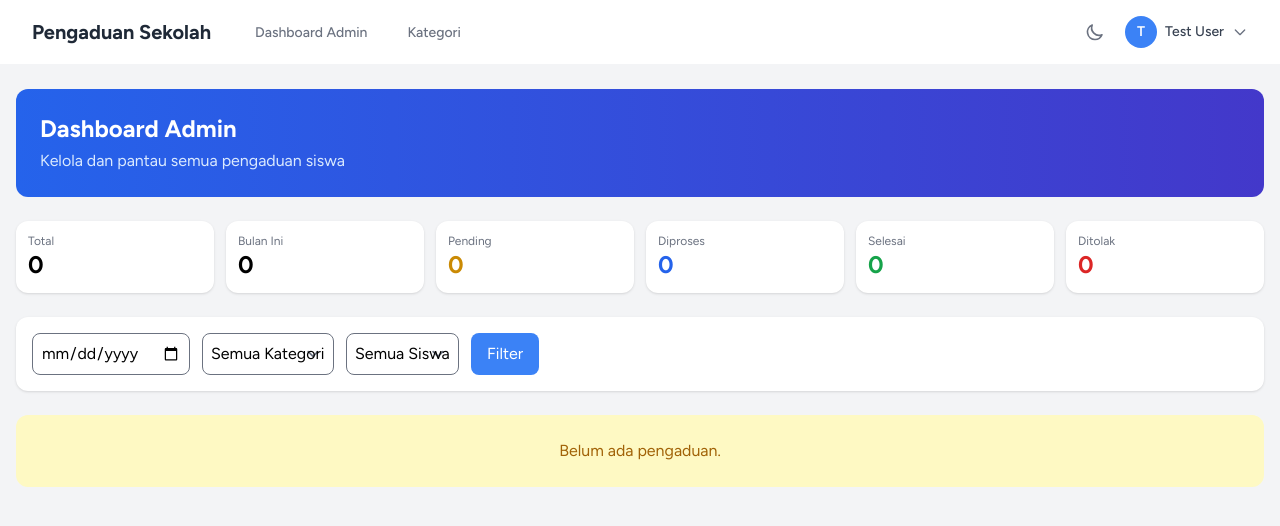
Repository: ikhwan1227/sistem-pengaduan-sekolah
Page: http://localhost/admin
An editor plug-in stored every save of this project. The page is shown before and after the next save, followed by the edit.
The browser window is 1280 px wide. The pictures show the whole page.
The page is served by the project's Laravel application, run on PHP 8.4 with Laravel 12. A made-up administrator, Test User (test@example.com), is signed in. Other server files are loaded and not shown. Style sheets and scripts are compiled from the project's sources, by tool versions that may differ from the author's. Queries for data that is not in the repository find no rows.

Above is the page before, as saved 2026-05-06 20:02:02.

### routes/web.php
<?php

use App\Http\Controllers\ProfileController;
use Illuminate\Support\Facades\Route;
use App\Http\Controllers\ComplaintController;
use App\Http\Controllers\AdminController;
use App\Http\Controllers\StudentDashboardController;

Route::get('/', function () {
    return view('welcome');
});

Route::get('/dashboard', function () {
    if(auth()->user()->role == 'admin'){
        return redirect('/admin');
    }
    return redirect('/student/dashboard');
})->middleware(['auth'])->name('dashboard');

Route::middleware('auth')->group(function () {
    Route::get('/profile', [ProfileController::class, 'edit'])->name('profile.edit');
    Route::patch('/profile', [ProfileController::class, 'update'])->name('profile.update');
    Route::delete('/profile', [ProfileController::class, 'destroy'])->name('profile.destroy');
});

// ============ ROUTE UNTUK SISWA ============
Route::middleware(['auth', 'role:siswa'])->group(function () {
    // Dashboard Student
    Route::get('/student/dashboard', [StudentDashboardController::class, 'index'])->name('student.dashboard');

    // Tips
    Route::get('/student/tips', function () {
        return view('student.tips');
    })->name('student.tips');

    // Complaint
    Route::get('/complaint', [ComplaintController::class, 'index'])->name('complaint.index');
    Route::post('/complaint', [ComplaintController::class, 'store'])->name('complaint.store');
    // route history menjadi redirect ke index
    // Route untuk histori - redirect ke index dengan tab histori
    Route::get('/complaint/history', function () {
        return redirect()->to('/complaint#histori');
    })->name('complaint.history');
    Route::post('/complaint/draft', [ComplaintController::class, 'saveDraft'])->name('complaint.draft');
    Route::get('/complaint/draft/{id}/edit', [ComplaintController::class, 'editDraft'])->name('complaint.edit.draft');
    Route::delete('/complaint/draft/{id}', [ComplaintController::class, 'deleteDraft'])->name('complaint.delete.draft');
    Route::get('/student/tips', function () {
        return view('student.tips');
    })->name('student.tips');
});

// ============ ROUTE UNTUK ADMIN ============
Route::middleware(['auth', 'role:admin'])->group(function () {
    Route::get('/admin', [AdminController::class, 'index'])->name('admin.index');
    Route::post('/admin/status/{id}', [AdminController::class, 'updateStatus']);
    Route::post('/admin/feedback/{id}', [AdminController::class, 'feedback']);
    Route::delete('/admin/delete/{id}', [AdminController::class, 'destroy']);

    // ROUTE KATEGORI (BARU)
    Route::get('/admin/categories', [CategoryController::class, 'index'])->name('admin.categories');
    Route::post('/admin/categories', [CategoryController::class, 'store'])->name('admin.categories.store');
    Route::put('/admin/categories/{id}', [CategoryController::class, 'update'])->name('admin.categories.update');
    Route::delete('/admin/categories/{id}', [CategoryController::class, 'destroy'])->name('admin.categories.destroy');
});



require __DIR__.'/auth.php';

### app/Models/User.php
<?php

namespace App\Models;

// use Illuminate\Contracts\Auth\MustVerifyEmail;
use Database\Factories\UserFactory;
use Illuminate\Database\Eloquent\Attributes\Fillable;
use Illuminate\Database\Eloquent\Attributes\Hidden;
use Illuminate\Database\Eloquent\Factories\HasFactory;
use Illuminate\Foundation\Auth\User as Authenticatable;
use Illuminate\Notifications\Notifiable;

#[Fillable(['name', 'email', 'password', 'role'])]
#[Hidden(['password', 'remember_token'])]
class User extends Authenticatable
{
    /** @use HasFactory<UserFactory> */
    use HasFactory, Notifiable;

    /**
     * Get the attributes that should be cast.
     *
     * @return array<string, string>
     */
    protected function casts(): array
    {
        return [
            'email_verified_at' => 'datetime',
            'password' => 'hashed',
        ];
    }

     public function isAdmin()
    {
        return $this->role === 'admin';
    }

    public function isSiswa()
    {
        return $this->role === 'siswa';
    }
}

### app/Http/Controllers/AdminController.php
<?php

namespace App\Http\Controllers;

use App\Models\Complaint;
use App\Models\Category;
use App\Models\User;
use Illuminate\Http\Request;
use App\Http\Controllers\Controller;
use App\Models\Feedback;
use Illuminate\Support\Facades\Storage;

class AdminController extends Controller
{
    //METHOD INDEX (LIST + FILTER)
    public function index(Request $request)
    {
        $query = Complaint::with(['user','category','feedbacks']);

        if($request->tanggal){
            $query->whereDate('tanggal', $request->tanggal);
        }

        if($request->category_id){
            $query->where('category_id', $request->category_id);
        }

        if($request->user_id){
            $query->where('user_id', $request->user_id);
        }

        $complaints = $query->latest()->get();
        $categories = Category::all();
        $users = User::where('role','siswa')->get();

        // ========== TAMBAHKAN STATISTIK DI SINI ==========

        // Total semua pengaduan (sudah terfilter)
        $totalAll = $complaints->count();

        // Statistik berdasarkan status
        $totalPending = $complaints->where('status', 'pending')->count();
        $totalDiproses = $complaints->where('status', 'diproses')->count();
        $totalSelesai = $complaints->where('status', 'selesai')->count();
        $totalDitolak = $complaints->where('status', 'ditolak')->count();

        // Hitung pengaduan bulan ini (TERPISAH, tidak terpengaruh filter)
        $totalBulanIni = Complaint::whereMonth('tanggal', now()->month)
            ->whereYear('tanggal', now()->year)
            ->count();

        // Kirim semua variabel ke view
        return view('admin.index', compact(
            'complaints',
            'categories',
            'users',
            'totalAll',
            'totalPending',
            'totalDiproses',
            'totalSelesai',
            'totalDitolak',
            'totalBulanIni'
        ));
    }

    //UPDATE STATUS
    public function updateStatus(Request $request, $id)
    {
        $request->validate([
            'status' => 'required|in:pending,diproses,selesai'
        ]);

        $c = Complaint::findOrFail($id);
        $c->status = $request->status;
        $c->save();

        return back()->with('success','Status berhasil diupdate');
    }

    public function destroy($id)
    {
        $complaint = Complaint::findOrFail($id);

        // Hapus gambar jika ada
        if ($complaint->image && \Storage::disk('public')->exists($complaint->image)) {
            \Storage::disk('public')->delete($complaint->image);
        }

        $complaint->delete(); // Feedback akan otomatis terhapus karena cascade

        return back()->with('success', 'Pengaduan berhasil dihapus');
    }

    public function feedback(Request $request, $id)
    {
        $request->validate([
            'pesan' => 'required|string|max:500'
        ], [
            'pesan.required' => 'Feedback tidak boleh kosong',
            'pesan.max' => 'Feedback maksimal 500 karakter'
        ]);

        // Cek apakah complaint ada
        $complaint = Complaint::findOrFail($id);

        Feedback::create([
            'complaint_id' => $id,
            'pesan' => $request->pesan,
            'tanggal' => now()
        ]);

        return back()->with('success', 'Feedback berhasil dikirim');
    }
}

### app/Models/Complaint.php
<?php

namespace App\Models;

use Illuminate\Database\Eloquent\Model;

class Complaint extends Model
{
    protected $fillable = [
        'user_id',
        'category_id',
        'judul',
        'deskripsi',
        'location',
        'image',
        'status',
        'is_draft',
        'tanggal'
    ];

    public function user()
    {
        return $this->belongsTo(User::class);
    }

    public function category()
    {
        return $this->belongsTo(Category::class);
    }

    public function feedbacks()
    {
        return $this->hasMany(Feedback::class);
    }

    // Menghitung persentase penyelesaian berdasarkan status
    public function getProgressPercentageAttribute()
    {
        return match($this->status) {
            'pending' => 25,
            'diproses' => 60,
            'selesai' => 100,
            default => 0,
        };
    }

    // Mendapatkan status dalam bahasa Indonesia
    public function getStatusTextAttribute()
    {
        return match($this->status) {
            'pending' => 'Menunggu',
            'diproses' => 'Diproses',
            'selesai' => 'Selesai',
            default => 'Unknown',
        };
    }

    // Mendapatkan warna progress bar
    public function getProgressColorAttribute()
    {
        return match($this->status) {
            'pending' => 'bg-yellow-500',
            'diproses' => 'bg-blue-500',
            'selesai' => 'bg-green-500',
            default => 'bg-gray-500',
        };
    }
}

### app/Models/Category.php
<?php

namespace App\Models;

use Illuminate\Database\Eloquent\Model;

class Category extends Model
{
    protected $fillable = [
        'nama_kategori'
    ];

    public function complaints()
    {
        return $this->hasMany(Complaint::class);
    }
}

### resources/views/layouts/app.blade.php
<!DOCTYPE html>
<html lang="{{ str_replace('_', '-', app()->getLocale()) }}" x-data="{ darkMode: localStorage.getItem('darkMode') === 'true' }" x-init="$watch('darkMode', val => localStorage.setItem('darkMode', val))" :class="{ 'dark': darkMode }">
<head>
    <meta charset="utf-8">
    <meta name="viewport" content="width=device-width, initial-scale=1">
    <meta name="csrf-token" content="{{ csrf_token() }}">
    <title>{{ config('app.name', 'Pengaduan Sekolah') }}</title>

    <!-- Fonts -->
    <link rel="preconnect" href="https://fonts.bunny.net">
    <link href="https://fonts.bunny.net/css?family=figtree:400,500,600,700" rel="stylesheet" />

    <!-- Tailwind CSS via Vite -->
    @vite(['resources/css/app.css', 'resources/js/app.js'])

    <!-- Alpine.js untuk dark mode -->
    <script defer src="https://cdn.jsdelivr.net/npm/alpinejs@3.x.x/dist/cdn.min.js"></script>
</head>
<body class="font-sans antialiased bg-gray-100 dark:bg-gray-900 transition-colors duration-200">
    <div class="min-h-screen">
        <!-- Navbar -->
        <nav class="bg-white dark:bg-gray-800 border-b border-gray-100 dark:border-gray-700">
            <div class="max-w-7xl mx-auto px-4 sm:px-6 lg:px-8">
                <div class="flex justify-between h-16">
                    <div class="flex items-center">
                        <!-- Logo -->
                        <div class="shrink-0 flex items-center">
                            <a href="{{ url('/') }}" class="text-xl font-bold text-gray-800 dark:text-white">
                                Pengaduan Sekolah
                            </a>
                        </div>

                        <!-- Navigation Links -->
                        <div class="hidden space-x-8 sm:-my-px sm:ml-10 sm:flex">

                            @auth
                                @if(auth()->user()->role == 'siswa')
                                    <a href="{{ route('complaint.index') }}" class="inline-flex items-center px-1 pt-1 border-b-2 border-transparent text-sm font-medium leading-5 text-gray-500 dark:text-gray-400 hover:text-gray-700 dark:hover:text-gray-300 hover:border-gray-300 focus:outline-none focus:text-gray-700 focus:border-gray-300 transition">
                                        Dashboard
                                    </a>
                                    <a href="{{ route('complaint.index') }}" class="inline-flex items-center px-1 pt-1 border-b-2 border-transparent text-sm font-medium leading-5 text-gray-500 dark:text-gray-400 hover:text-gray-700 dark:hover:text-gray-300 hover:border-gray-300 focus:outline-none focus:text-gray-700 focus:border-gray-300 transition">
                                        Input Aspirasi
                                    </a>
                                    <a href="{{ route('complaint.index') }}#history" class="inline-flex items-center px-1 pt-1 border-b-2 border-transparent text-sm font-medium leading-5 text-gray-500 dark:text-gray-400 hover:text-gray-700 dark:hover:text-gray-300 hover:border-gray-300 focus:outline-none focus:text-gray-700 focus:border-gray-300 transition">
                                        Histori
                                    </a>
                                @elseif(auth()->user()->role == 'admin')
                                    <a href="{{ route('admin.index') }}" class="inline-flex items-center px-1 pt-1 border-b-2 border-transparent text-sm font-medium leading-5 text-gray-500 dark:text-gray-400 hover:text-gray-700 dark:hover:text-gray-300 hover:border-gray-300 focus:outline-none focus:text-gray-700 focus:border-gray-300 transition">
                                        Dashboard Admin
                                    </a>
                                    <!-- menu kategori -->
                                    <a href="{{ route('admin.categories') }}" class="inline-flex items-center px-1 pt-1 border-b-2 border-transparent text-sm font-medium leading-5 text-gray-500 dark:text-gray-400 hover:text-gray-700 dark:hover:text-gray-300 hover:border-gray-300 focus:outline-none focus:text-gray-700 focus:border-gray-300 transition">
                                        Kategori
                                    </a>
                                @endif
                            @endauth
                        </div>
                    </div>

                    <!-- Right side -->
                    <div class="flex items-center space-x-3">
                        <!-- Dark Mode Toggle -->
                        <button @click="darkMode = !darkMode" class="p-2 rounded-lg text-gray-500 dark:text-gray-400 hover:bg-gray-100 dark:hover:bg-gray-700 transition-colors">
                            <svg x-show="!darkMode" class="h-5 w-5" fill="none" viewBox="0 0 24 24" stroke="currentColor">
                                <path stroke-linecap="round" stroke-linejoin="round" stroke-width="2" d="M20.354 15.354A9 9 0 018.646 3.646 9.003 9.003 0 0012 21a9.003 9.003 0 008.354-5.646z" />
                            </svg>
                            <svg x-show="darkMode" class="h-5 w-5" fill="none" viewBox="0 0 24 24" stroke="currentColor">
                                <path stroke-linecap="round" stroke-linejoin="round" stroke-width="2" d="M12 3v1m0 16v1m9-9h-1M4 12H3m15.364 6.364l-.707-.707M6.343 6.343l-.707-.707m12.728 0l-.707.707M6.343 17.657l-.707.707M16 12a4 4 0 11-8 0 4 4 0 018 0z" />
                            </svg>
                        </button>

                        <!-- User Dropdown -->
                        @auth
                            <div class="relative" x-data="{ open: false }">
                                <button @click="open = !open" class="flex items-center space-x-2 focus:outline-none">
                                    <div class="w-8 h-8 rounded-full bg-blue-500 flex items-center justify-center text-white font-semibold text-sm">
                                        {{ substr(auth()->user()->name, 0, 1) }}
                                    </div>
                                    <span class="text-sm font-medium text-gray-700 dark:text-gray-300 hidden sm:block">
                                        {{ auth()->user()->name }}
                                    </span>
                                    <svg class="h-4 w-4 text-gray-500 dark:text-gray-400" fill="none" viewBox="0 0 24 24" stroke="currentColor">
                                        <path stroke-linecap="round" stroke-linejoin="round" stroke-width="2" d="M19 9l-7 7-7-7" />
                                    </svg>
                                </button>

                                <div x-show="open" @click.away="open = false" class="absolute right-0 mt-2 w-48 bg-white dark:bg-gray-800 rounded-md shadow-lg py-1 z-50 border border-gray-200 dark:border-gray-700">
                                    <a href="{{ route('profile.edit') }}" class="block px-4 py-2 text-sm text-gray-700 dark:text-gray-300 hover:bg-gray-100 dark:hover:bg-gray-700">
                                        Profile Saya
                                    </a>
                                    <form method="POST" action="{{ route('logout') }}">
                                        @csrf
                                        <button type="submit" class="block w-full text-left px-4 py-2 text-sm text-red-600 dark:text-red-400 hover:bg-gray-100 dark:hover:bg-gray-700">
                                            Logout
                                        </button>
                                    </form>
                                </div>
                            </div>
                        @else
                            <a href="{{ route('login') }}" class="inline-flex items-center px-3 py-2 border border-transparent text-sm leading-4 font-medium rounded-md text-white bg-blue-600 hover:bg-blue-700 focus:outline-none focus:ring-2 focus:ring-offset-2 focus:ring-blue-500 transition">
                                Login
                            </a>
                        @endauth
                    </div>
                </div>
            </div>
        </nav>

        <!-- Page Content -->
        <main>
            @yield('content')
        </main>
    </div>
</body>
</html>

Loaded but not shown: routes/auth.php (common file); app/Http/Controllers/Auth/EmailVerificationPromptController.php (common file); app/Http/Controllers/Controller.php (common file); app/Http/Controllers/Auth/VerifyEmailController.php (common file); resources/css/app.css (common file); resources/js/app.js (common file); resources/js/bootstrap.js (common file); tailwind.config.js (23 lines, source omitted); resources/views/admin/index.blade.php (145 lines, source omitted)

After the next save:
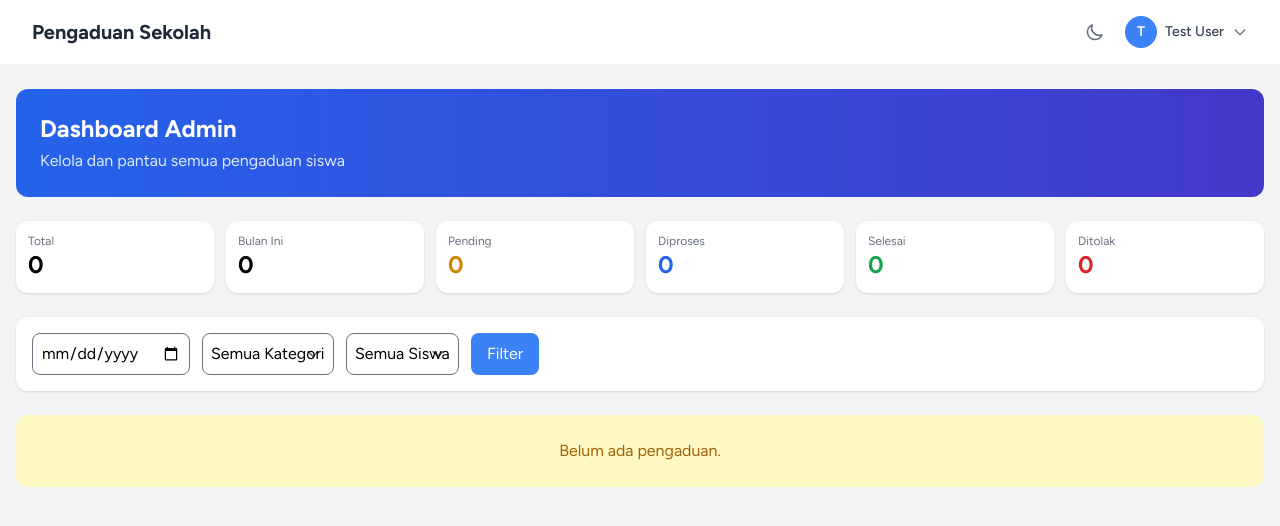
Saved 77 s later.
--- a/resources/views/layouts/app.blade.php
+++ b/resources/views/layouts/app.blade.php
@@ -35,22 +35,14 @@
 
                             @auth
                                 @if(auth()->user()->role == 'siswa')
-                                    <a href="{{ route('complaint.index') }}" class="inline-flex items-center px-1 pt-1 border-b-2 border-transparent text-sm font-medium leading-5 text-gray-500 dark:text-gray-400 hover:text-gray-700 dark:hover:text-gray-300 hover:border-gray-300 focus:outline-none focus:text-gray-700 focus:border-gray-300 transition">
+                                    <a href="{{ route('student.dashboard') }}" class="inline-flex items-center px-1 pt-1 border-b-2 border-transparent text-sm font-medium leading-5 text-gray-500 dark:text-gray-400 hover:text-gray-700 dark:hover:text-gray-300 hover:border-gray-300 focus:outline-none focus:text-gray-700 focus:border-gray-300 transition">
                                         Dashboard
                                     </a>
                                     <a href="{{ route('complaint.index') }}" class="inline-flex items-center px-1 pt-1 border-b-2 border-transparent text-sm font-medium leading-5 text-gray-500 dark:text-gray-400 hover:text-gray-700 dark:hover:text-gray-300 hover:border-gray-300 focus:outline-none focus:text-gray-700 focus:border-gray-300 transition">
-                                        Input Aspirasi
+                                        Buat Pengaduan
                                     </a>
-                                    <a href="{{ route('complaint.index') }}#history" class="inline-flex items-center px-1 pt-1 border-b-2 border-transparent text-sm font-medium leading-5 text-gray-500 dark:text-gray-400 hover:text-gray-700 dark:hover:text-gray-300 hover:border-gray-300 focus:outline-none focus:text-gray-700 focus:border-gray-300 transition">
+                                    <a href="{{ route('complaint.history') }}" class="inline-flex items-center px-1 pt-1 border-b-2 border-transparent text-sm font-medium leading-5 text-gray-500 dark:text-gray-400 hover:text-gray-700 dark:hover:text-gray-300 hover:border-gray-300 focus:outline-none focus:text-gray-700 focus:border-gray-300 transition">
                                         Histori
-                                    </a>
-                                @elseif(auth()->user()->role == 'admin')
-                                    <a href="{{ route('admin.index') }}" class="inline-flex items-center px-1 pt-1 border-b-2 border-transparent text-sm font-medium leading-5 text-gray-500 dark:text-gray-400 hover:text-gray-700 dark:hover:text-gray-300 hover:border-gray-300 focus:outline-none focus:text-gray-700 focus:border-gray-300 transition">
-                                        Dashboard Admin
-                                    </a>
-                                    <!-- menu kategori -->
-                                    <a href="{{ route('admin.categories') }}" class="inline-flex items-center px-1 pt-1 border-b-2 border-transparent text-sm font-medium leading-5 text-gray-500 dark:text-gray-400 hover:text-gray-700 dark:hover:text-gray-300 hover:border-gray-300 focus:outline-none focus:text-gray-700 focus:border-gray-300 transition">
-                                        Kategori
                                     </a>
                                 @endif
                             @endauth

After the save that followed:
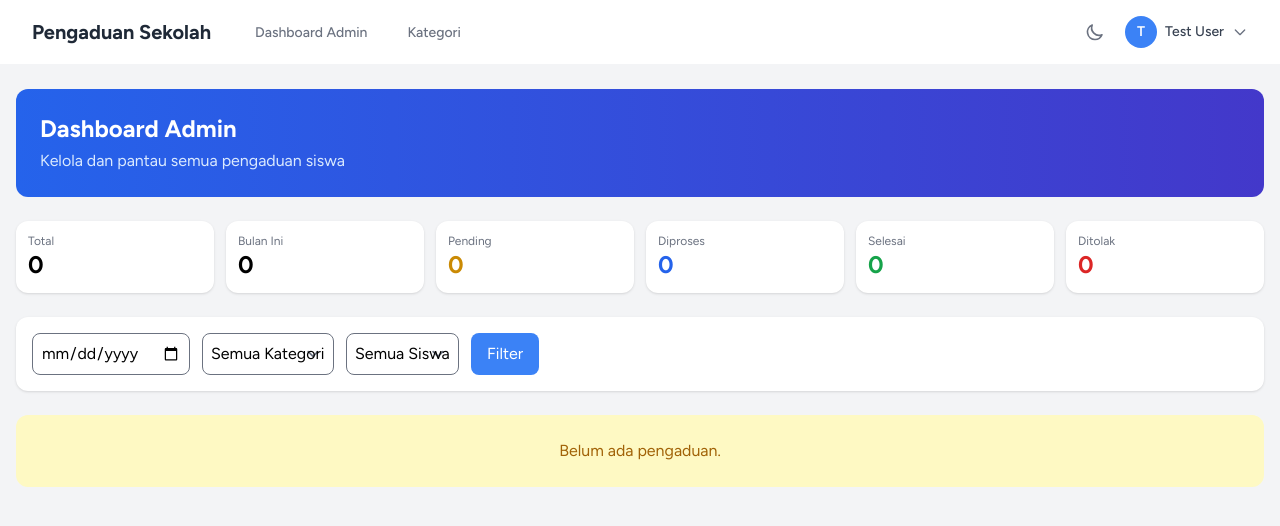
Saved 114 s later.
--- a/resources/views/layouts/app.blade.php
+++ b/resources/views/layouts/app.blade.php
@@ -32,7 +32,6 @@
 
                         <!-- Navigation Links -->
                         <div class="hidden space-x-8 sm:-my-px sm:ml-10 sm:flex">
-
                             @auth
                                 @if(auth()->user()->role == 'siswa')
                                     <a href="{{ route('student.dashboard') }}" class="inline-flex items-center px-1 pt-1 border-b-2 border-transparent text-sm font-medium leading-5 text-gray-500 dark:text-gray-400 hover:text-gray-700 dark:hover:text-gray-300 hover:border-gray-300 focus:outline-none focus:text-gray-700 focus:border-gray-300 transition">
@@ -43,6 +42,13 @@
                                     </a>
                                     <a href="{{ route('complaint.history') }}" class="inline-flex items-center px-1 pt-1 border-b-2 border-transparent text-sm font-medium leading-5 text-gray-500 dark:text-gray-400 hover:text-gray-700 dark:hover:text-gray-300 hover:border-gray-300 focus:outline-none focus:text-gray-700 focus:border-gray-300 transition">
                                         Histori
+                                    </a>
+                                @elseif(auth()->user()->role == 'admin')
+                                    <a href="{{ route('admin.index') }}" class="inline-flex items-center px-1 pt-1 border-b-2 border-transparent text-sm font-medium leading-5 text-gray-500 dark:text-gray-400 hover:text-gray-700 dark:hover:text-gray-300 hover:border-gray-300 focus:outline-none focus:text-gray-700 focus:border-gray-300 transition">
+                                        Dashboard Admin
+                                    </a>
+                                    <a href="{{ route('admin.categories') }}" class="inline-flex items-center px-1 pt-1 border-b-2 border-transparent text-sm font-medium leading-5 text-gray-500 dark:text-gray-400 hover:text-gray-700 dark:hover:text-gray-300 hover:border-gray-300 focus:outline-none focus:text-gray-700 focus:border-gray-300 transition">
+                                        Kategori
                                     </a>
                                 @endif
                             @endauth
